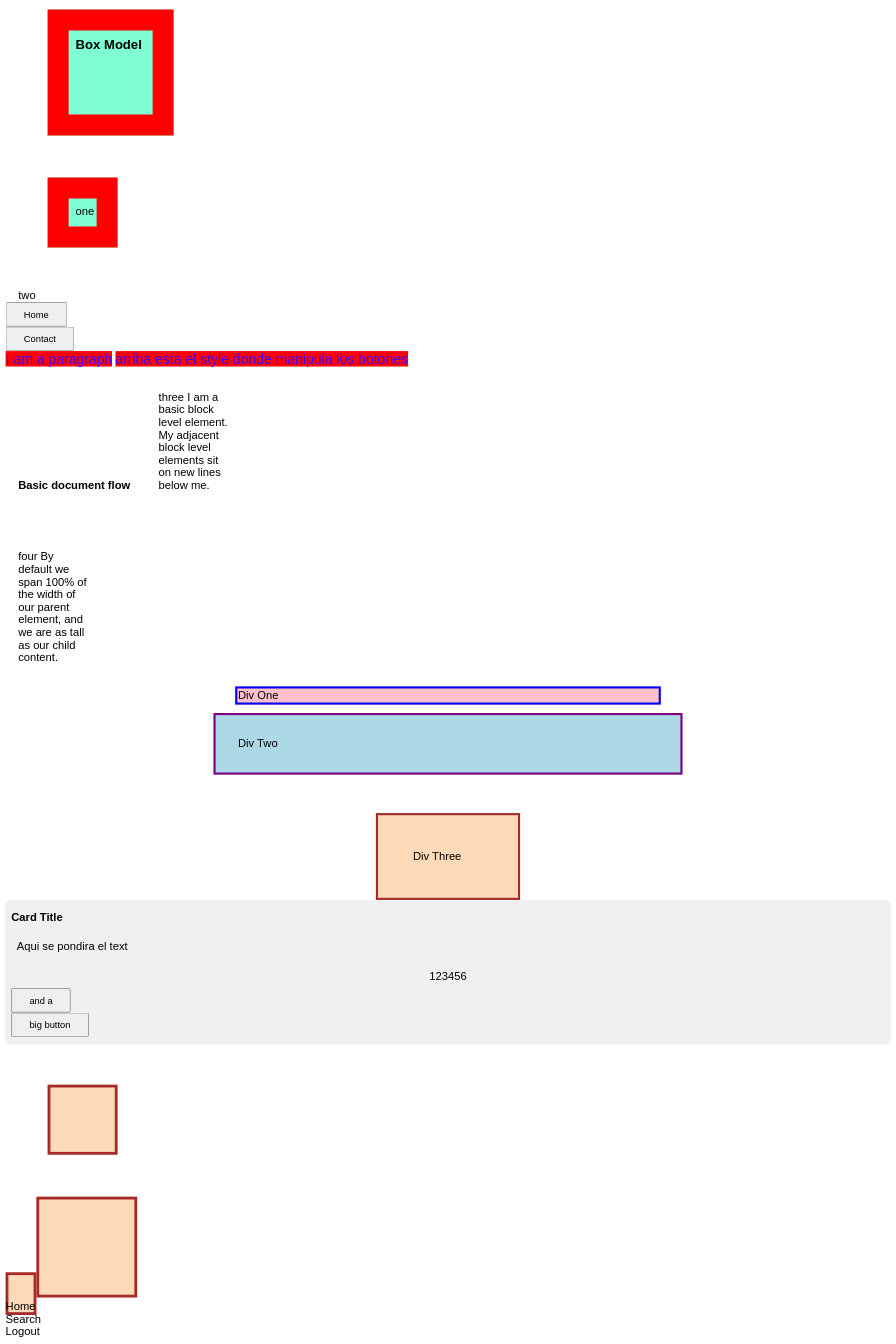
Repository: HeliosAI9/First-test-website
Page: mywebsite/html-boilerplate/pagetwo.html
These files come from the project's save history. The page is drawn as it stood at one moment and after the next save; the edit follows.
The browser window is 1280 px wide. The pictures show the part of the page from y = 1731 to 3651 px (the page is 3651 px tall before and 3625 px after), at 70% of full size.

Above is the page before, as saved 2023-06-02 01:06:01.
Not found: mywebsite/html-boilerplate/basic.css
Not found: mywebsite/html-boilerplate/index.css
Not found: mywebsite/html-boilerplate/script.js

After the next save:
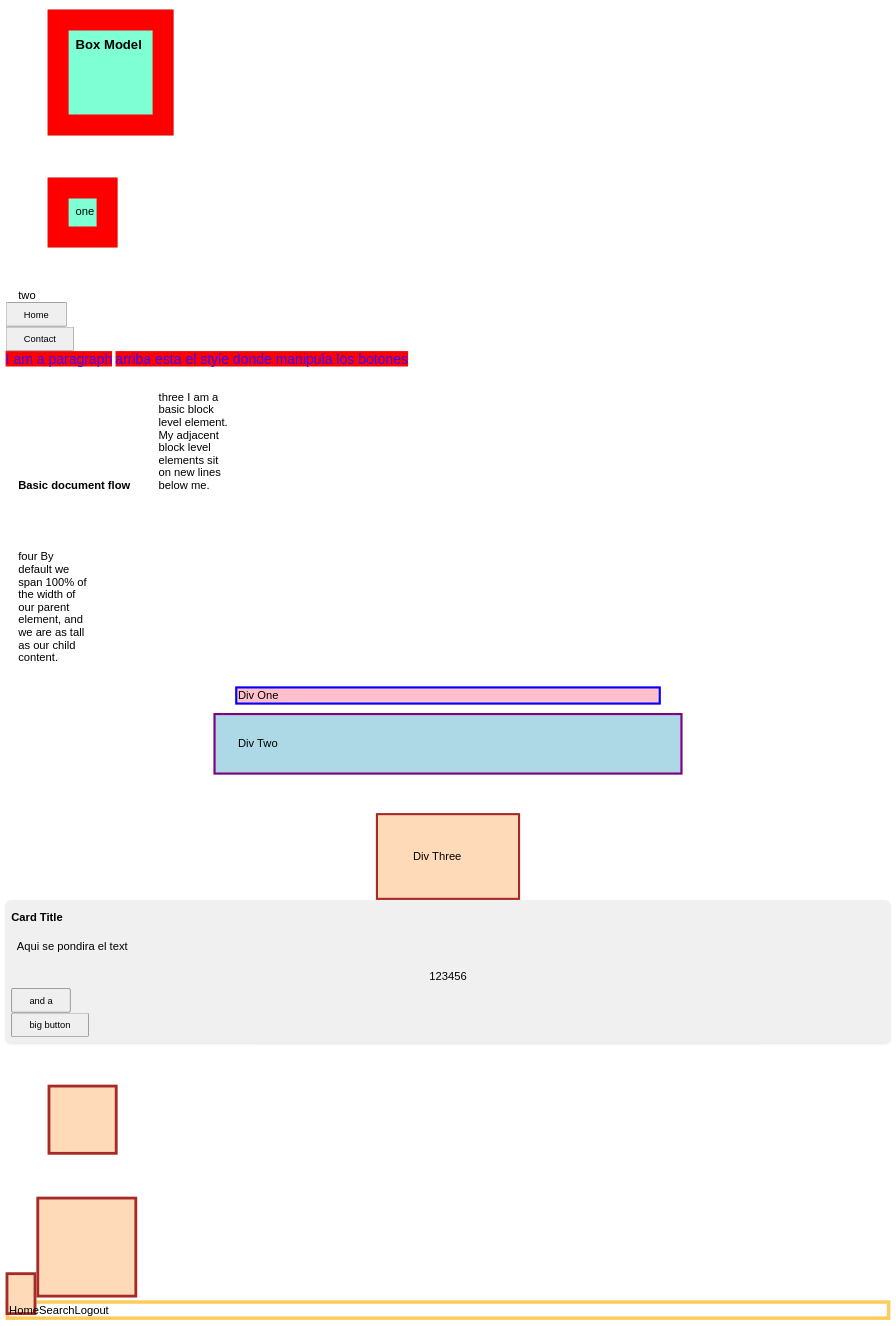
Saved 2 min 14 s later.
--- a/mywebsite/html-boilerplate/css/style.css
+++ b/mywebsite/html-boilerplate/css/style.css
@@ -200,3 +200,8 @@
     height: 100px;
     /* flex: 1; */
   }
+
+  .container {
+    border: 5px solid #ffcc5c;
+    display: flex;
+  }
